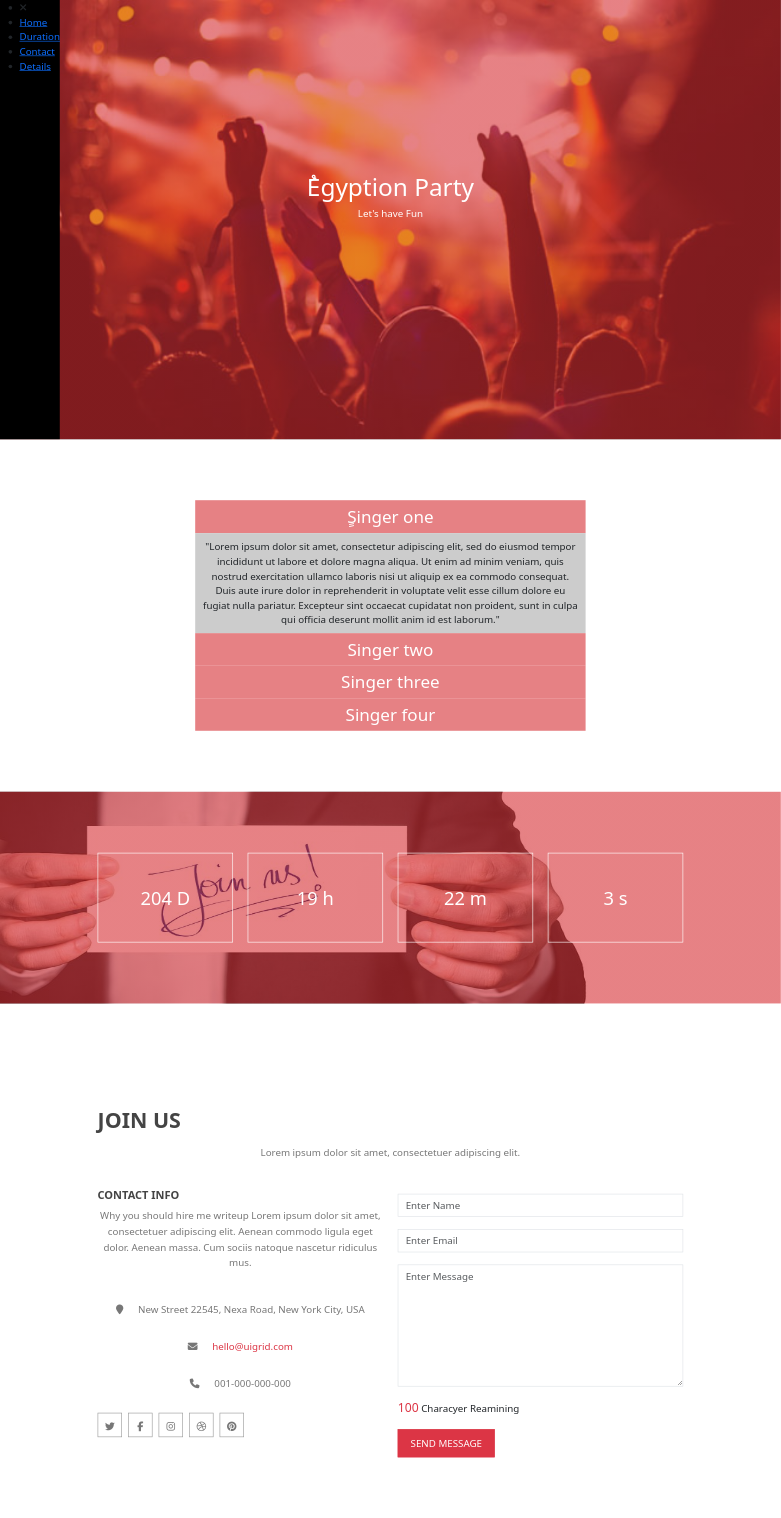
Repository: HagarYousry/jQuery
Page: index.html
These files come from the project's save history. The page is drawn as it stood at one moment and after the next save; the edit follows.
The browser window is 1280 px wide. The pictures show the whole page, at 61% of full size.

Above is the page before, as saved 2024-07-25 18:08:54.

After the next save:
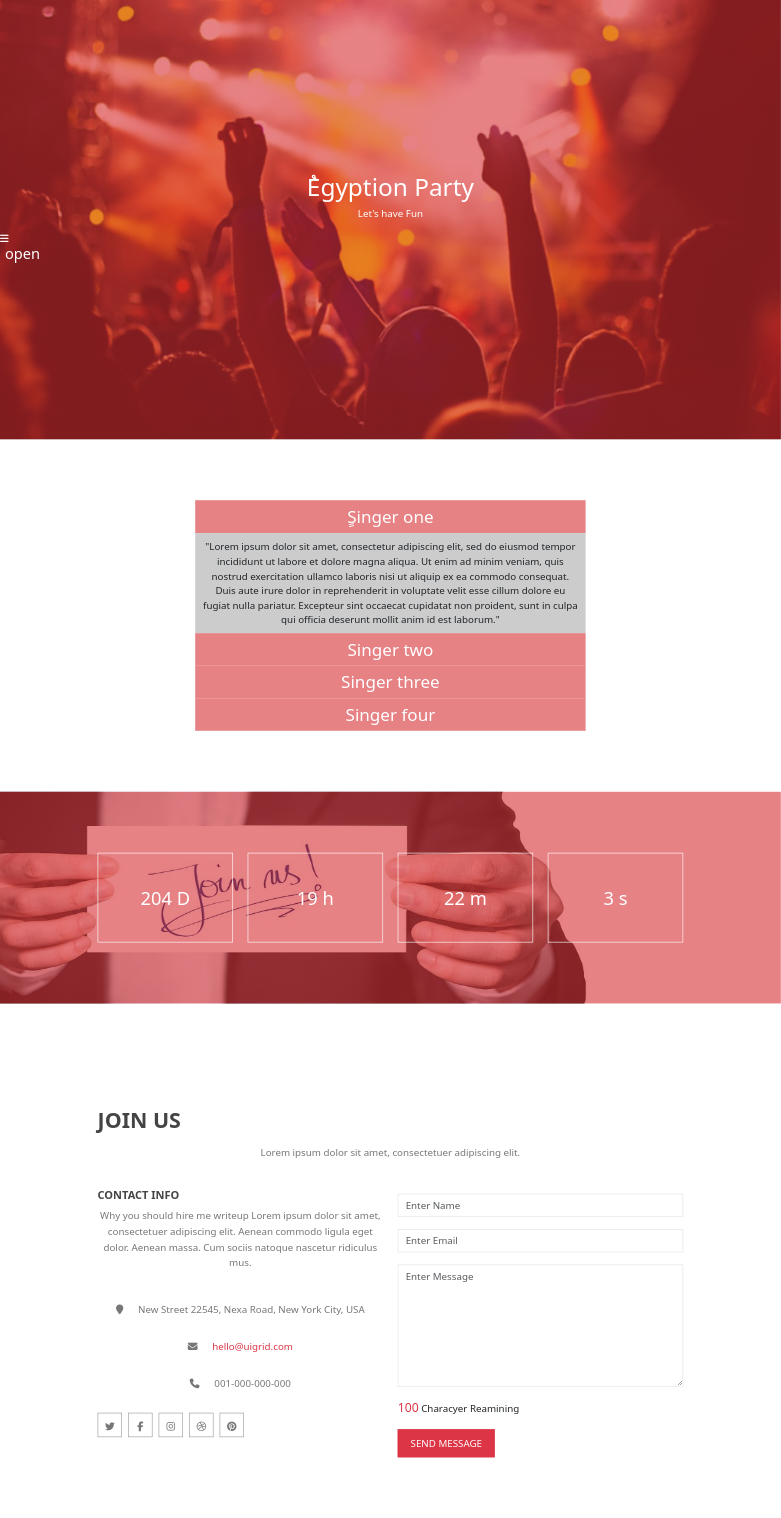
Saved 21 s later.
--- a/index.html
+++ b/index.html
@@ -16,7 +16,7 @@
 <body>
     <div id="home">
 
-            <div id="sideNav" class="sideNav bg-black">
+            <!-- <div id="sideNav" class="sideNav bg-black">
                 <ul>
                     <li class="p-0 closeIcon">
                         <i class="fa-solid fa-xmark "></i>
@@ -26,7 +26,7 @@
                      <li ><a class="sideNav-link" href="#contact">Contact</a></li>
                      <li ><a class="sideNav-link" href="#count">Details</a></li>
                 </ul>
-            </div>
+            </div> -->
 
             <div class="home-title d-flex justify-content-center align-items-center flex-column vh-100 text-white">
                 <h1>ُEgyption Party</h1>

After the save that followed:
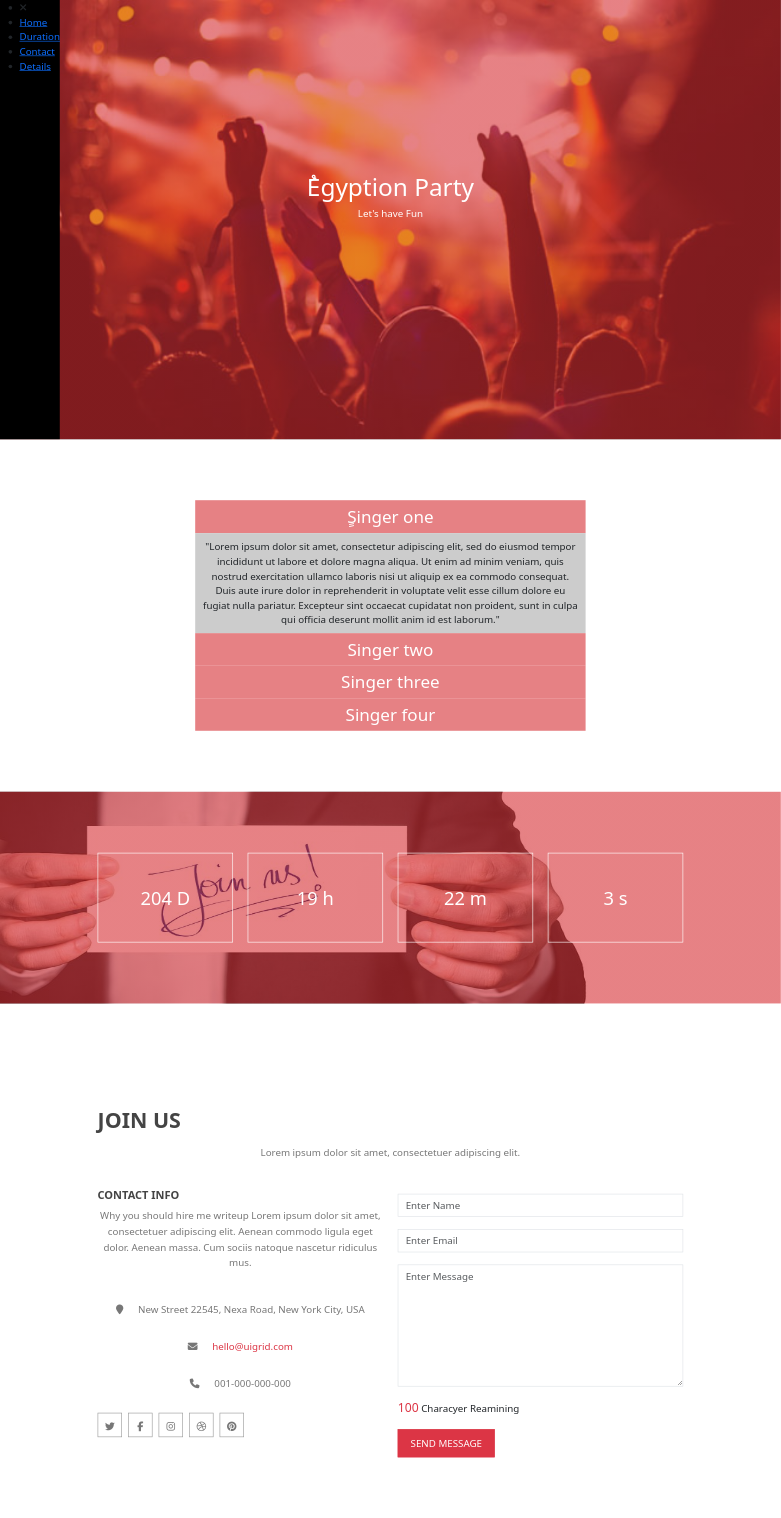
Saved 64 s later.
--- a/index.html
+++ b/index.html
@@ -16,7 +16,7 @@
 <body>
     <div id="home">
 
-            <!-- <div id="sideNav" class="sideNav bg-black">
+            <div id="sideNav" class="sideNav bg-black">
                 <ul>
                     <li class="p-0 closeIcon">
                         <i class="fa-solid fa-xmark "></i>
@@ -26,7 +26,7 @@
                      <li ><a class="sideNav-link" href="#contact">Contact</a></li>
                      <li ><a class="sideNav-link" href="#count">Details</a></li>
                 </ul>
-            </div> -->
+            </div>
 
             <div class="home-title d-flex justify-content-center align-items-center flex-column vh-100 text-white">
                 <h1>ُEgyption Party</h1>
